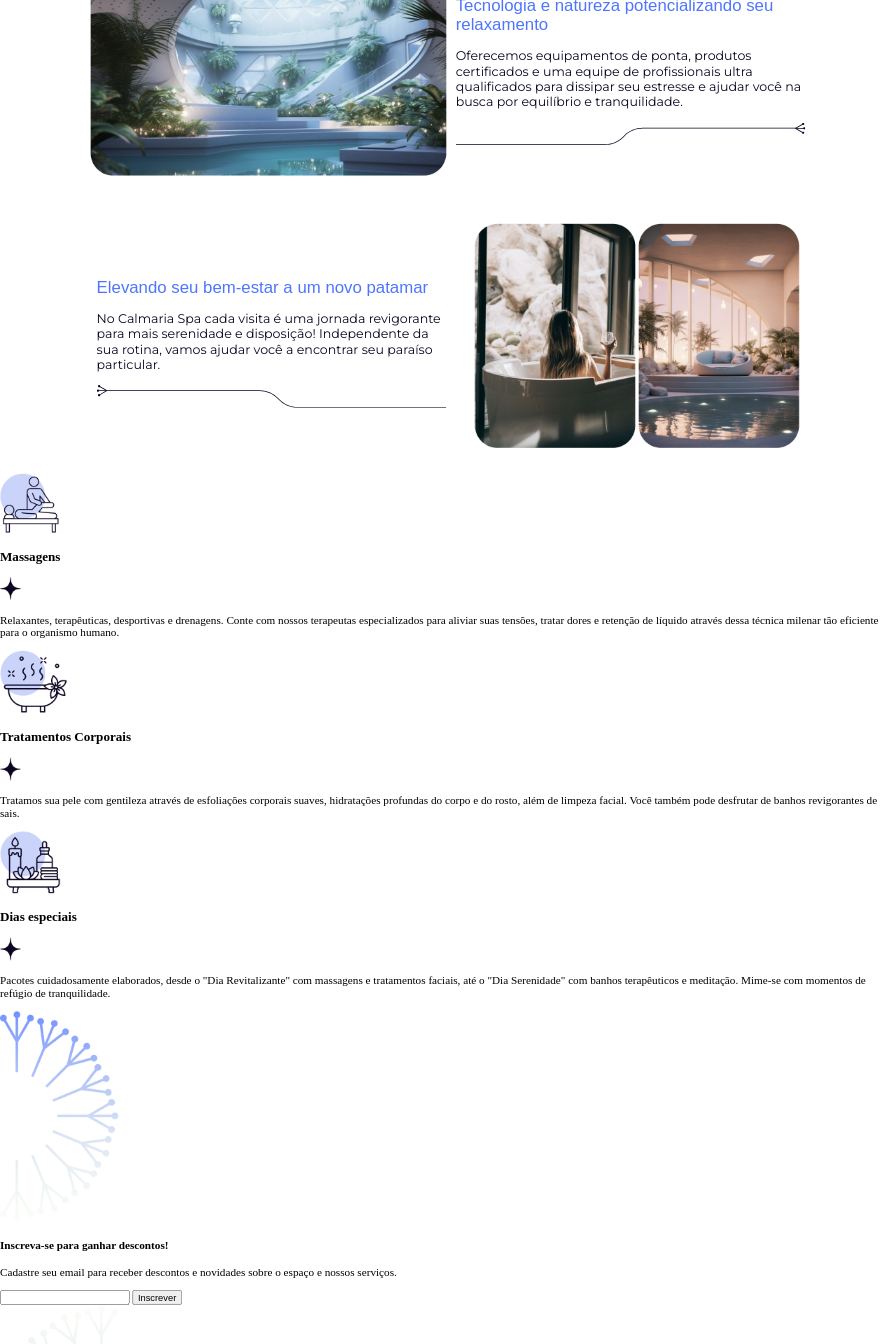
Repository: joaoPraiaJunior/curso-sass
Page: index.html
An editor plug-in stored every save of this project. The page is shown before and after the next save, followed by the edit.
The browser window is 1280 px wide. The pictures show the part of the page from y = 920 to 2840 px (the page is 3725 px tall), at 70% of full size.
Some web fonts or font styles are not loaded; a fallback is used. The style sheet was rebuilt from its Sass, Less or Tailwind sources for each picture, by a compiler version that may differ from the author's.

Above is the page before, as saved 2024-07-06 17:18:00.

### index.html
<!DOCTYPE html>
<html lang="pt-BR">

<head>
    <meta charset="UTF-8">
    <meta name="viewport" content="width=device-width, initial-scale=1.0">
    <link rel="stylesheet" href="/styles/styles.css">
    <link rel="preconnect" href="https://fonts.googleapis.com">
    <link rel="preconnect" href="https://fonts.gstatic.com" crossorigin>
    <link href="https://fonts.googleapis.com/css2?family=Krona+One&family=Montserrat:wght@400;600;700&display=swap" rel="stylesheet">
    <title>Calmaria</title>
</head>

<body>
    <header>
        <img src="./assets/logo.png" alt="logo">
        <nav>
            <ul>
                <li><a href="#nosso-espaco">Nosso espaço</a></li>
                <li><a href="#servico">Servicos</a></li>
                <li><a href="#contatos">Contato</a></li>
            </ul>
        </nav>
    </header>
    <main>
        <section id="home">
            <div class="home-conteudo">
                <div class="textos-home">
                    <h1>Boas-vindas ao seu refúgio de <span> paz e bem-estar</span></h1>
                    <button class="btn-main">Quero relaxar!</button>
                </div>
                <div class="img-home">
                    <img src="/assets/home-image.png" alt="Mulher de bruços recebendo massagem nas costas">
                </div>
            </div>
        </section>
        <section id="nosso-espaco">
            <div class="detalhes">
                <div class="imgs-espaco">
                    <img class="img-espaco" src="/assets/espaco-1.png" alt="Espaço iluminado pelo sol com design futurista composto por piscina e plantas">
                </div>
                <div class="espaco-textos">
                    <h2 class="titulo">Tecnologia e natureza potencializando seu relaxamento</h2>
                    <p class="infos">Oferecemos equipamentos de ponta, produtos certificados e uma equipe de
                        profissionais ultra qualificados para dissipar seu estresse e ajudar você na busca por
                        equilíbrio e tranquilidade.</p>
                    <img class="separador" src="./assets/separador-direita.svg" alt="separador de seções">
                </div>
            </div>
            <div class="detalhes">
                <div class="imgs-espaco">
                    <img class="img-espaco" src="/assets/espaco-2.png" alt="Mulher sentada numa banheira com uma taça na mão">
                    <img class="img-espaco" src="/assets/espaco-3.png" alt="Espaço com uma piscina e um sofá ao fundo">
                </div>
                <div class="espaco-textos">
                    <h2 class="titulo">Elevando seu bem-estar a um novo patamar</h2>
                    <p class="infos">No Calmaria Spa cada visita é uma jornada revigorante para mais serenidade e
                        disposição! Independente da sua rotina, vamos ajudar você a encontrar seu paraíso
                        particular.</p>
                    <img class="separador" src="./assets/separador-esquerda.svg" alt="separador de seções">
                </div>
            </div>
        </section>
        <section id="servico">

            <div class="cards">
                <div class="card">
                    <img src="/assets/icon-massagem.png" alt="Icone de massagem">
                    <h3 class="card-titulo">Massagens</h3>
                    <img src="./assets/Soft-Star.png" alt="soft star">
                    <p class="card-texto">Relaxantes, terapêuticas, desportivas e drenagens. Conte com nossos
                        terapeutas especializados para aliviar suas tensões, tratar dores e retenção de líquido
                        através
                        dessa técnica milenar tão eficiente para o organismo humano.</p>
                </div>
                <div class="card">
                    <img src="/assets/icon-tratamentos.png" alt="Icone de tratamento com figura de uma banheira">
                    <h3 class="card-titulo">Tratamentos Corporais</h3>
                    <img src="./assets/Soft-Star.png" alt="soft star">
                    <p class="card-texto">Tratamos sua pele com gentileza através de esfoliações corporais suaves,
                        hidratações profundas do corpo e do rosto, além de limpeza facial. Você também pode
                        desfrutar de
                        banhos revigorantes de sais.</p>
                </div>
                <div class="card">
                    <img src="/assets/icon-dias-especiais.png" alt="Icone de Dias especiais com figura de produtos">
                    <h3 class="card-titulo">Dias especiais</h3>
                    <img src="./assets/Soft-Star.png" alt="soft star">
                    <p class="card-texto">Pacotes cuidadosamente elaborados, desde o "Dia Revitalizante" com
                        massagens e tratamentos faciais, até o "Dia Serenidade" com banhos terapêuticos e meditação.
                        Mime-se com momentos de refúgio de tranquilidade.</p>
                </div>
            </div>

        </section>
        <section id="desconto">
            <img src="/assets/mandala-esquerda.png" alt="Mandala lado esquerdo">
            <div class="desconto-form">
                <h4>Inscreva-se para ganhar descontos!</h4>
                <p>Cadastre seu email para receber descontos e novidades sobre o espaço e nossos serviços.</p>
                <div class="input-btn">
                    <input type="email">
                    <button type="submit">Inscrever</button>
                </div>
            </div>
            <img src="/assets/mandala-direita.png" alt="Mandala lado direito">
        </section>
        <section id="contatos">
            <div class="contatos-imgs">
                <img src="/assets/contato-img-1.png" alt="Homem deitado em banheira">
                <img src="/assets/contato-img-2.png" alt="Mulher olhando para o horizonte dentro de uma banheira">
                <img src="/assets/contato-img-3.png" alt="Visão superior de um livro nas mãos de uma pessoa dentro de uma banheira">
            </div>
            <div class="contatos-form">
                <h4 class="titulo">Entre em contato</h4>
                <p class="infos">Reserve seu horário, tire dúvidas ou proponha sugestões, nosso canal é aberto para
                    você!</p>
                <form class="inputs">
                    <div class="form-group">
                        <label for="nomeContato">Nome</label>
                        <input type="text" id="nomeContato" placeholder="Digite nome completo">
                    </div>
                    <div class="form-group">
                        <label for="emailContato">Email</label>
                        <input type="email" id="emailContato" placeholder="Digite seu email">
                    </div>
                    <div class="form-group">
                        <label for="telefoneContato">Telefone</label>
                        <input type="text" id="telefoneContato" placeholder="(xx) xxxxx-xxxx">
                    </div>
                    <div class="form-group">
                        <label for="mensagemContato">Mensagem</label>
                        <textarea id="mensagemContato" placeholder="Escreva sua mensagem"></textarea>
                    </div>
                    <button class="btn">Enviar</button>
                </form>
            </div>
        </section>
    </main>
    <footer>
        <small>Desenvolvido po Alura. Projeto fictício sem fins comerciais.</small>
    </footer>
</body>

</html>

### styles/styles.scss
@use './abstract/root';

@use './components/header';
@use './components/home';
@use './components/nosso-espaco';
@use './components/servicos';

### styles/abstract/_root.scss
html {
  font-size: 62.5%;
}

body {
  font-size: 1.6rem;
  margin: 0;
  padding: 0;
  box-sizing: border-box;
}

### styles/components/_header.scss
@use "../abstract/variaveis";
@use "../abstract/mixins";

header {
  display: flex;
  flex-direction: column;
  align-items: center;
  gap: 1.6rem;
  background-color: variaveis.$cor-quaternaria;
  padding: 3.2rem;

  nav {
    border-top: 1px solid variaveis.$cor-primaria;
    width: 80%;

    ul {
      display: flex;
      justify-content: center;
      gap: 4.8rem;
      padding: 0;
      li {
        list-style-type: none;
        a {
            @include mixins.estilos-fontes(variaveis.$ft-textos, 2.2rem, variaveis.$cor-primaria);
          font-weight: 500;
          text-decoration: none;
        }
      }
    }
  }
}

### styles/abstract/_variaveis.scss
//Variáveis
//Cores
$cor-primaria: #0C0421;
$cor-secundaria: #4e75ff;
$cor-terciaria: #85a0ff;
$cor-quaternaria: #E8F5C8;
$cor-default: #CAD4FA;
$gradiente-primario: linear-gradient(180deg, #E8F5C8 0%, #FFFFFF 96.87%);
$gradiente-secundario: linear-gradient(180deg, rgba(255, 255, 255, 0.7) 0%, rgba(202, 212, 250, 0.3) 100%);
//Fontes
$ft-textos: 'Montserrat', sans-serif;
$ft-titulos: 'Krona One', sans-serif;

### styles/abstract/_mixins.scss
@mixin margem-centralizada($width) {
    width: $width;
    margin: 0 auto;
}

@mixin estilos-fontes($font-family, $font-size, $font-color) {
    font-family: $font-family;
    font-size: $font-size;
    color: $font-color;
}

### styles/components/_home.scss
@use "../abstract/variaveis";
@use "../abstract/mixins";

#home {
  background: variaveis.$gradiente-primario;

  .home-conteudo {
    display: flex;
    align-items: center;
    @include mixins.margem-centralizada(80%);
    max-width: 1040px;
    .textos-home {
      max-width: 464px;
      h1 {
        font-family: variaveis.$ft-titulos;
        font-size: 4.2rem;
        color: variaveis.$cor-primaria;
        margin-bottom: 3.2rem;
        span {
          color: variaveis.$cor-secundaria;
        }
      }

      .btn-main {
        font-family: variaveis.$ft-textos;
        font-size: 2.2rem;
        font-weight: 600;
        color: variaveis.$cor-quaternaria;
        background-color: variaveis.$cor-secundaria;
        width: 28rem;
        border: none;
        padding: 2.4rem;
        border-radius: 40px;
        cursor: pointer;
      }
    }

    .img-home {
      max-width: 474px;
      img {
        width: 100%;
      }
    }
  }
}

### styles/components/_nosso-espaco.scss
@use "../abstract/variaveis";
@use "../abstract/mixins";

#nosso-espaco {
    @include mixins.margem-centralizada(80%);
    .detalhes {
        display: inline-flex;
        align-items: center;
        justify-content: space-around;
        gap: 2rem;
        width: 100%;
        padding: 3.2rem 0;
        .imgs-espaco {
            max-width: 500px;
        }

        .espaco-textos {
            @extend .imgs-espaco;
            .titulo {
                @include mixins.estilos-fontes(variaveis.$ft-titulos, 2.4rem, variaveis.$cor-secundaria);
                font-weight: 500;
            }

            .infos {
                @include mixins.estilos-fontes(variaveis.$ft-textos, 1.8rem, variaveis.$cor-primaria);
            }
            .separador {
                width: 100%;
            }
        }
        &:nth-child(2) {
            flex-direction: row-reverse;
        }
    }
}

### styles/components/_servicos.scss
@use "../abstract/variaveis";
@use "../abstract/mixins";

After the next save:
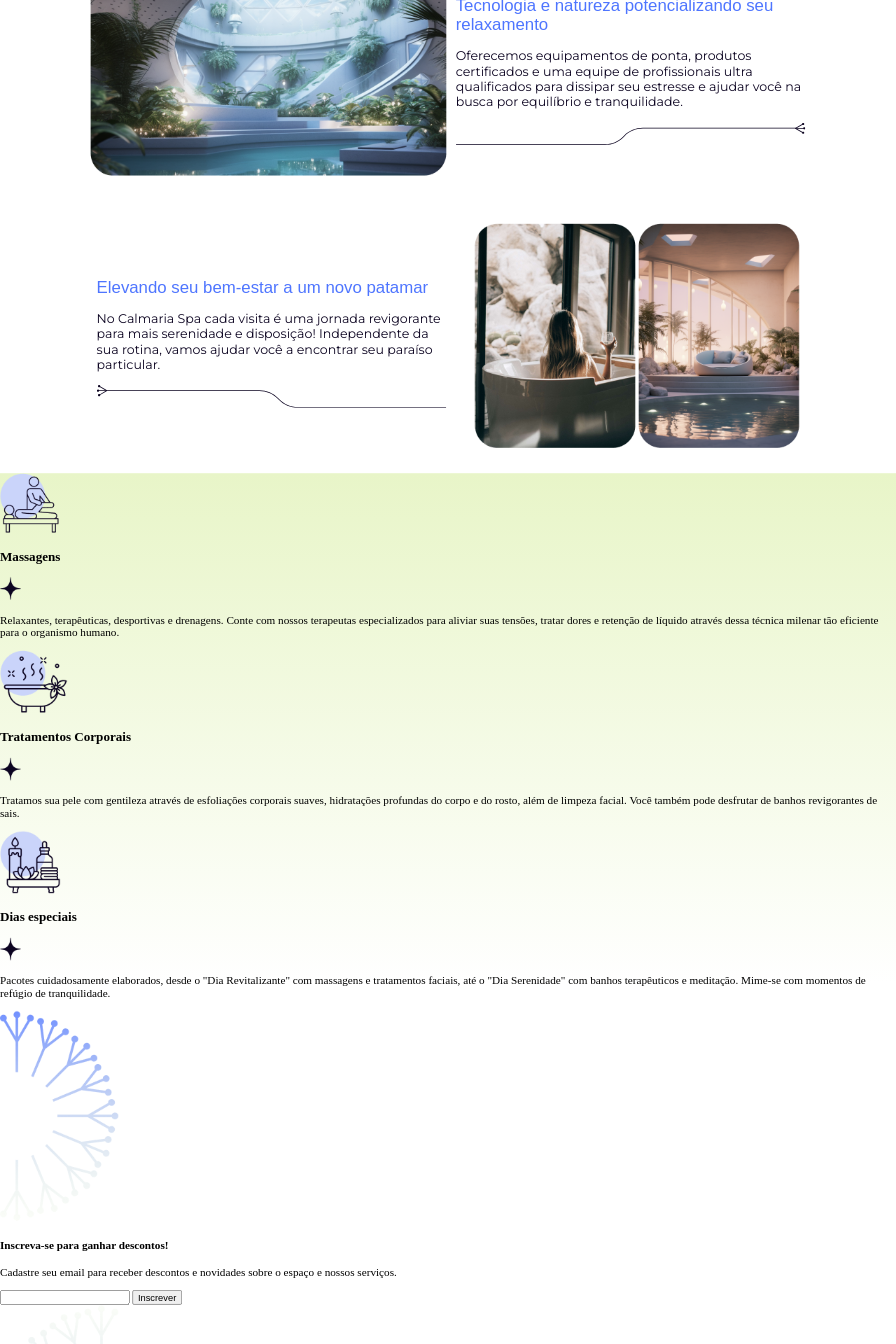
Saved 54 s later.
--- a/styles/components/_servicos.scss
+++ b/styles/components/_servicos.scss
@@ -1,2 +1,6 @@
 @use "../abstract/variaveis";
 @use "../abstract/mixins";
+
+#servico {
+    background: variaveis.$gradiente-primario;
+}
